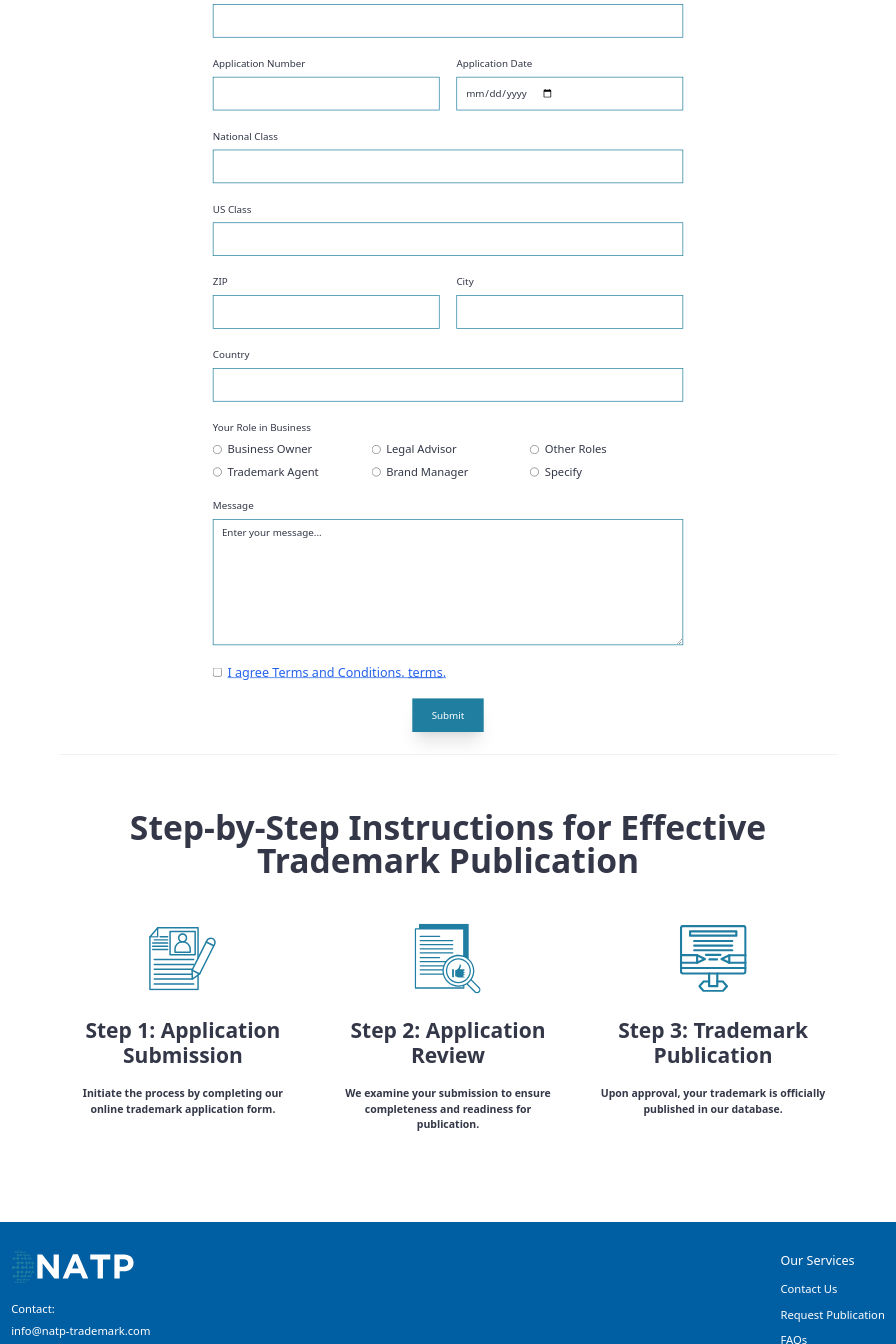
Repository: raushan22882917/natp-preview
Page: /apply
These files come from the project's save history. The page is drawn as it stood at one moment and after a run of saves; the edit follows.
The browser window is 1280 px wide. The pictures show the part of the page from y = 1254 to 3174 px (the page is 3341 px tall), at 70% of full size.
The project was rebuilt for these pictures with package versions that can differ from the ones it lists, and the page was loaded fresh each time. Also part of the build but not shown: vite.config.ts, src/components/ui/tooltip.tsx, src/components/Hero.tsx, src/hooks/use-hash-scroll.tsx, src/pages/Index.tsx, src/pages/About.tsx, src/components/TrademarkCard.tsx, src/pages/Search.tsx and 31 more.

Above is the page before, as saved 2025-05-10 23:52:01.

After the next 2 saves:
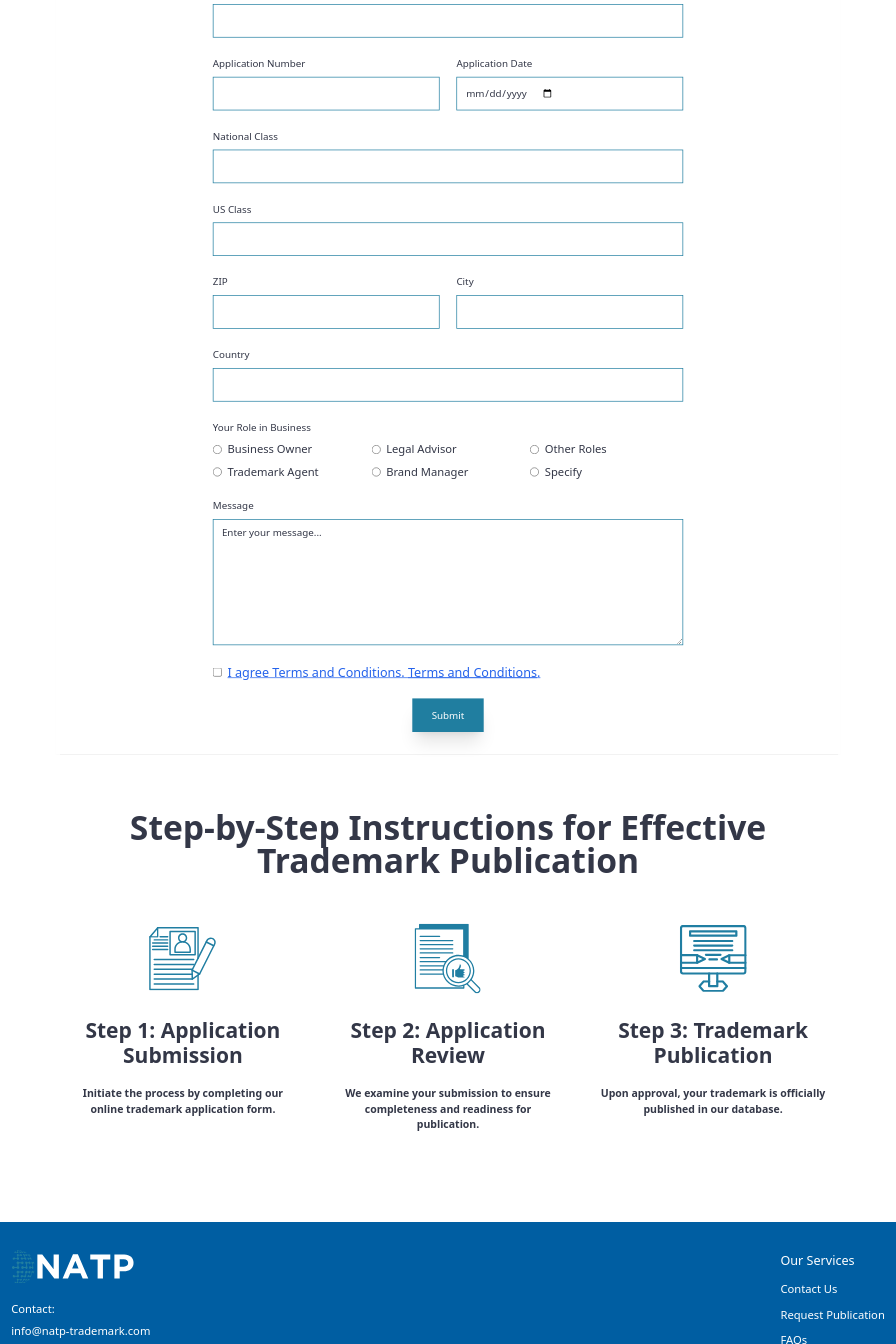
The 2 saves are shown as one change because they came seconds apart.
The last was saved 8 s later.
--- a/src/pages/Apply.tsx
+++ b/src/pages/Apply.tsx
@@ -391,7 +391,7 @@
                 }
               />
               <Label htmlFor="agree" className="font-normal text-lg text-blue-600 underline">
-  I agree Terms and Conditions. <a href="/terms">terms</a>.
+  I agree Terms and Conditions. <a href="/terms">Terms and Conditions</a>.
 </Label>
 
               {/* <Label htmlFor="agree" className="font-normal text-lg text-[#333747]">I agree to the terms.</Label> */}
